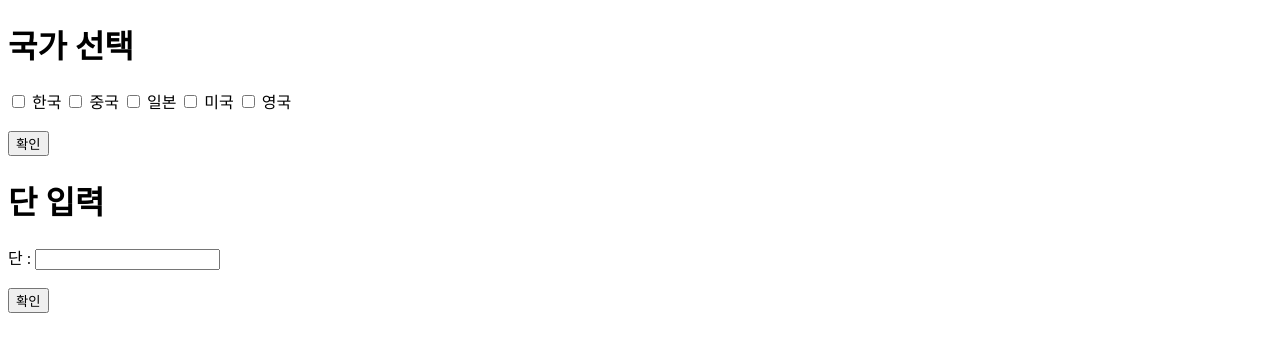
Repository: Jh1227/JSP
Page: http://localhost/13_JSTL/ex06_form.jsp
These files come from the project's save history. The page is drawn as it stood at one moment and after the next save; the edit follows.
The browser window is 1280 px wide. The pictures show the whole page.
The page is served by Tomcat 9. Other server files are loaded and not shown.

Above is the page before, as saved 2023-04-11 03:29:02.

### 13_JSTL/src/main/webapp/ex06_form.jsp

<!-- ex06_form.jsp -->

<%@ page language="java" contentType="text/html; charset=UTF-8"
    pageEncoding="UTF-8"%>
<!DOCTYPE html>
<html>
<head>
<meta charset="UTF-8">
<title>ex06_form.jsp</title>
<!--
	# 체크된 항목의 국가를 'ex06_forEach.jsp' 에서 출력하세요
	  - 전체 항목수는 5개 이상

	# 출력한 단 값을 입력받고, 해당 단의 값을 'ex06_forEach.jsp' 에서 출력하세요
-->
</head>
<body>
	<h1>국가 선택</h1>
	<form action="ex06_forEach.jsp" method ="get">
		<input type ="checkbox" name ="country" value ="한국"> 한국
		<input type ="checkbox" name ="country" value ="중국"> 중국
		<input type ="checkbox" name ="country" value ="일본"> 일본
		<input type ="checkbox" name ="country" value ="미국"> 미국
		<input type ="checkbox" name ="country" value ="영국"> 영국
		<br><br>
		<input type ="submit" value ="확인">
	</form>

	<h1>단 입력</h1>
	<form action="ex06_forEach.jsp" method ="get">
		단 : <input type ="text" name ="dan">
		<br><br>
		<input type ="submit" value ="확인">
	</form>
</body>
</html>

After the next save:
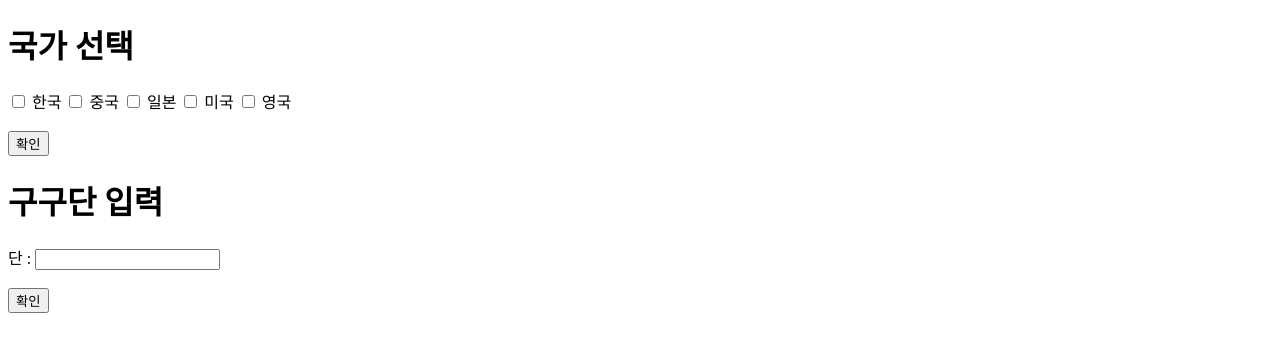
Saved 52 s later.
--- a/13_JSTL/src/main/webapp/ex06_form.jsp
+++ b/13_JSTL/src/main/webapp/ex06_form.jsp
@@ -27,7 +27,7 @@
 		<input type ="submit" value ="확인">
 	</form>
 
-	<h1>단 입력</h1>
+	<h1>구구단 입력</h1>
 	<form action="ex06_forEach.jsp" method ="get">
 		단 : <input type ="text" name ="dan">
 		<br><br>
